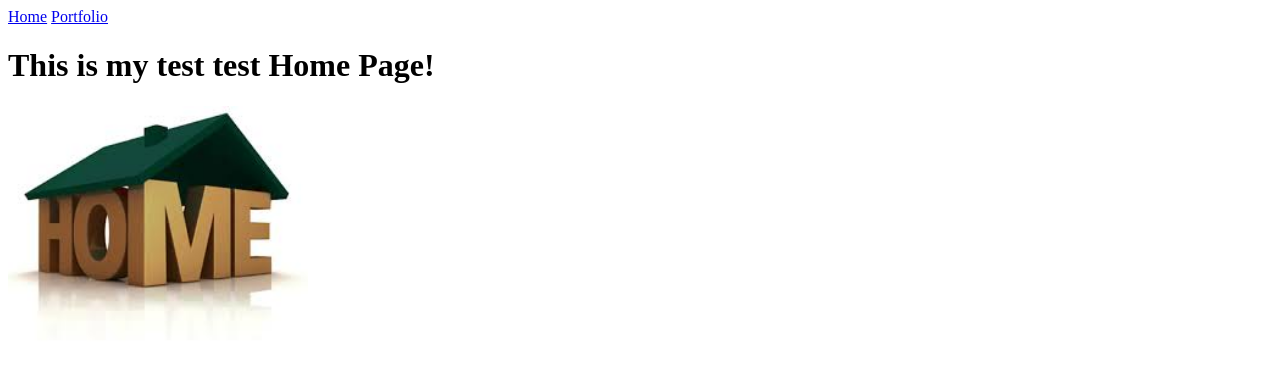
Repository: CoreyEsqueda/CoreyEsqueda.github.io
Page: my_website/index.html
The author's editor kept a record of every edit. The page is drawn from the files as they stood at one moment, then again after the next edit.
The browser window is 1280 px wide. The pictures show the whole page.

Above is the page before.

After the next edit:
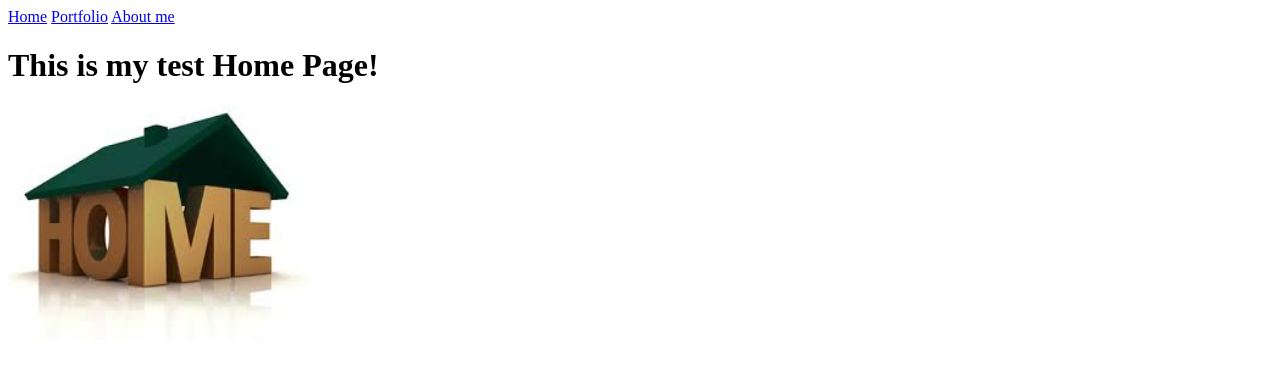
The edit:
--- a/my_website/index.html
+++ b/my_website/index.html
@@ -7,7 +7,8 @@
   <body>
     <a href="index.html">Home</a>
     <a href="portfolio.html">Portfolio</a>
-    <h1>This is my test test Home Page!</h1>
+    <a href="aboutme.html">About me</a>
+    <h1>This is my test Home Page!</h1>
     <img src="images/home.jpg" height="250">
   </body>
 </html>
